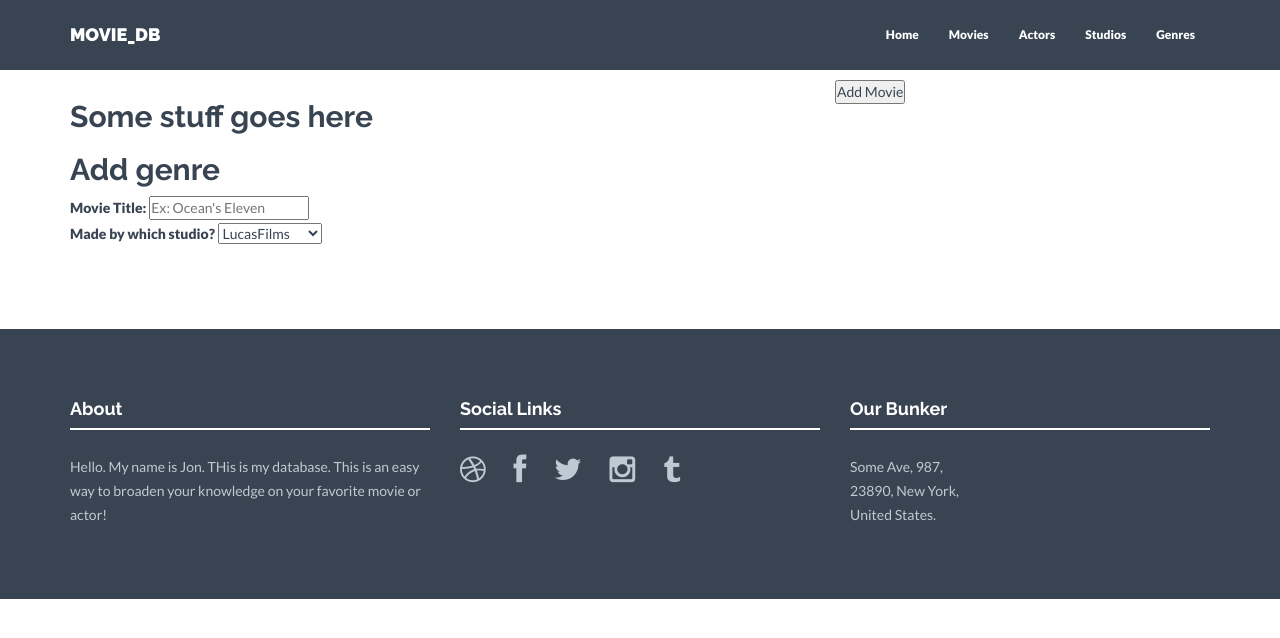
Repository: jonak91/Buzzerd-index
Page: http://localhost/add_genre.php
The author's editor kept a record of every edit. The page is drawn from the files as they stood at one moment, then again after the next edit.
The browser window is 1280 px wide. The pictures show the whole page.
Some web libraries are served in a nearby version. The page is run by PHP 8.4 with error messages shown; the project is at /var/www/html/. The database holds what the project's SQL file puts in it.

Above is the page before.
Not found: assets/js/modernizr.js

After the next edit:
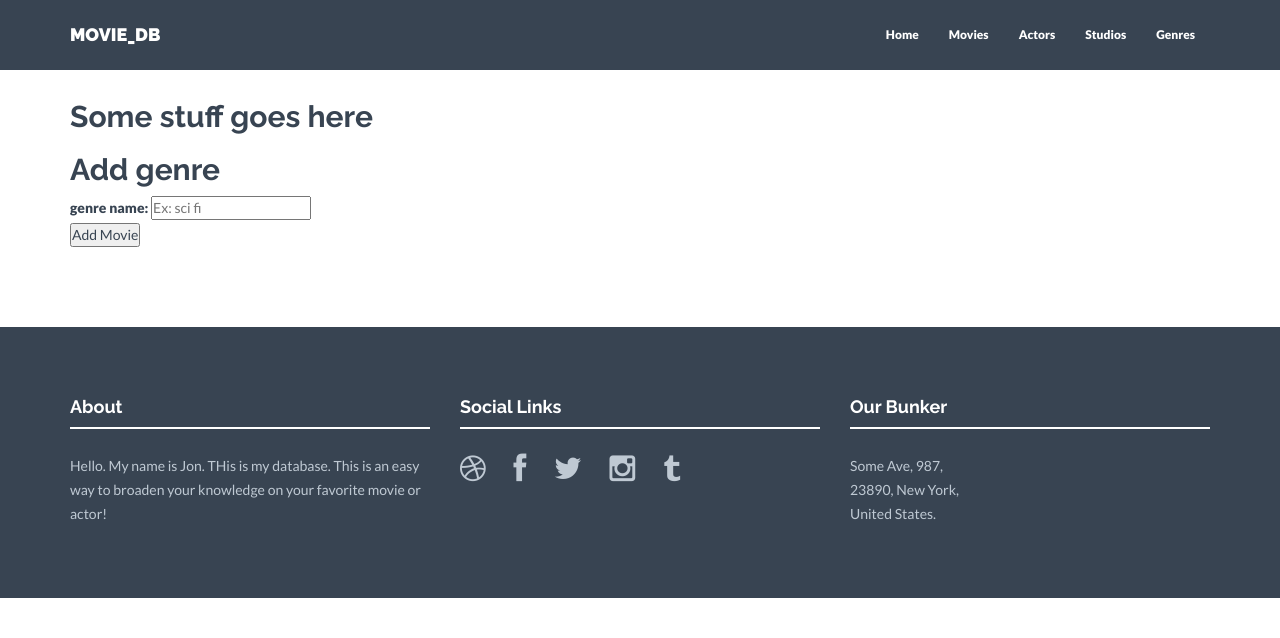
The edit:
--- a/add_genre.php
+++ b/add_genre.php
@@ -16,18 +16,8 @@
 						<h2>Add genre</h2>
 						<form method="post" name="add_movie">
 								<div>
-									<label for="title">Movie Title:</label> <input type="text" name="title" placeholder="Ex: Ocean's Eleven" />
+									<label for="name">genre name:</label> <input type="text" name="name" placeholder="Ex: sci fi" />
 								</div>
-
-							<label for="studioID"> Made by which studio?</label>
-									<select name="studioID">
-										<?php
-										$studios = get_studios();
-										foreach($studios as $studio){ ?>
-										<option value="<?php echo $studio['sID']; ?>"><?php echo $studio['name']; ?></option>
-										<?php } ?>
-									</select>
-							</div>
 							<input type="submit" name="submit" value="Add Movie" />
 						</form>
 
